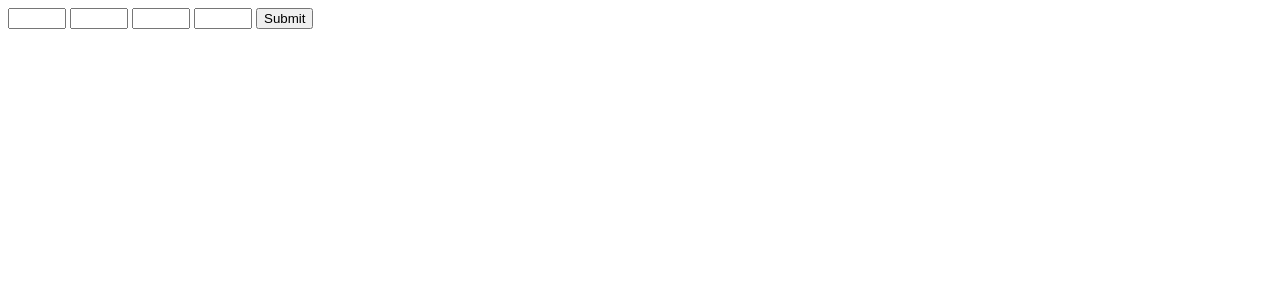
Repository: Padminivittal/Padmini-MWB
Page: MWB Day1/WebContent/Lab3_Jq1.html
The author's editor kept a copy of each file at every save. The page is drawn from the files as they stood at one save, then again after the next save.
The browser window is 1280 px wide. The pictures show the whole page.

Above is the page before, as saved 2012-07-20 09:25:37.
Console error: SyntaxError: missing ) after argument list

### MWB Day1/WebContent/Lab3_Jq1.html
<!DOCTYPE HTML>
<html>
<head>

<title>DAY 1 -LAB 3</title>
<script src="js/jquery-1.7.2.js"></script>
<script>
$().ready(function()
		{
	$("input:text").each(function(){
		this.on("keyup",function(){
			$(this).next().val("123");
			//$("#txt2").focus();
		});
	});
	}
</script>
<style>
.ipaddress{
width:50px;
}
</style>
</head>
<body>
<label for="txt1" value="IP Address"></label>
<input type="text" class="ipaddress" id="txt1"/>
<input type="text" id="txt2" class="ipaddress" />
<input type="text" id="txt3" class="ipaddress" />
<input type="text" id="txt4" class="ipaddress" />
<input type="button" value="Submit" id="btnClick"/>
</body>
</html>

Loaded but not shown: MWB Day1/WebContent/js/jquery-1.7.2.js (library)

After the next save:
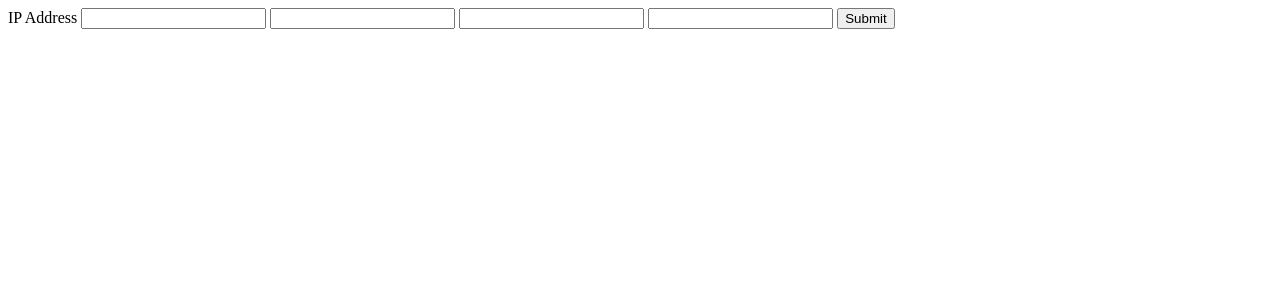
The error is gone.
Saved 117 s later.
--- a/MWB Day1/WebContent/Lab3_Jq1.html
+++ b/MWB Day1/WebContent/Lab3_Jq1.html
@@ -1,28 +1,9 @@
 <!DOCTYPE HTML>
 <html>
 <head>
-
-<title>DAY 1 -LAB 3</title>
-<script src="js/jquery-1.7.2.js"></script>
-<script>
-$().ready(function()
-		{
-	$("input:text").each(function(){
-		this.on("keyup",function(){
-			$(this).next().val("123");
-			//$("#txt2").focus();
-		});
-	});
-	}
-</script>
-<style>
-.ipaddress{
-width:50px;
-}
-</style>
 </head>
 <body>
-<label for="txt1" value="IP Address"></label>
+<label for="txt1">IP Address</label>
 <input type="text" class="ipaddress" id="txt1"/>
 <input type="text" id="txt2" class="ipaddress" />
 <input type="text" id="txt3" class="ipaddress" />
